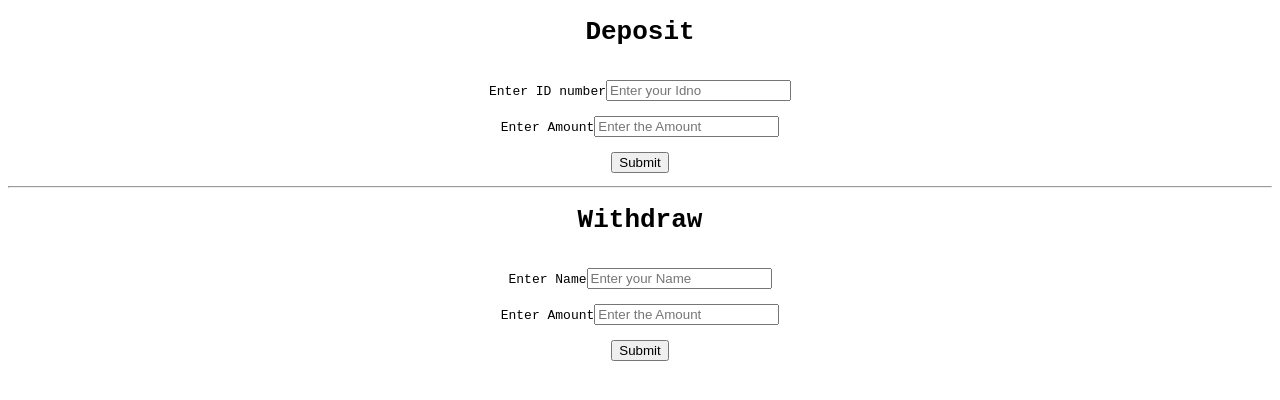
Repository: NarenD12/ProgramsFromTraining
Page: BankApp/WebContent/DepositWithdraw.html
An editor plug-in stored every save of this project. The page is shown before and after the next save, followed by the edit.
The browser window is 1280 px wide. The pictures show the whole page.

Above is the page before, as saved 2023-09-22 16:04:27.

### BankApp/WebContent/DepositWithdraw.html
<!DOCTYPE html>
<html>
<head>
<style>
body {text-align: center;}
</style>
<meta charset="ISO-8859-1">
<title>Insert title here</title>
</head>
<body>
<form action="Deposit" method="post">
<pre>
<h1>Deposit</h1>
Enter ID number<input type="number" name="idno" placeholder="Enter your Idno"><br>
Enter Amount<input type="number" name="amount" placeholder="Enter the Amount"><br>
<input type="submit">
</pre>
</form>
<hr>
<form action="Withdraw" method="post">
<pre>
<h1>Withdraw</h1>
Enter Name<input type="text" name="name" placeholder="Enter your Name"><br>
Enter Amount<input type="number" name="amount" placeholder="Enter the Amount"><br>
<input type="submit">
</pre>
</form>
</body>
</html>

After the next save:
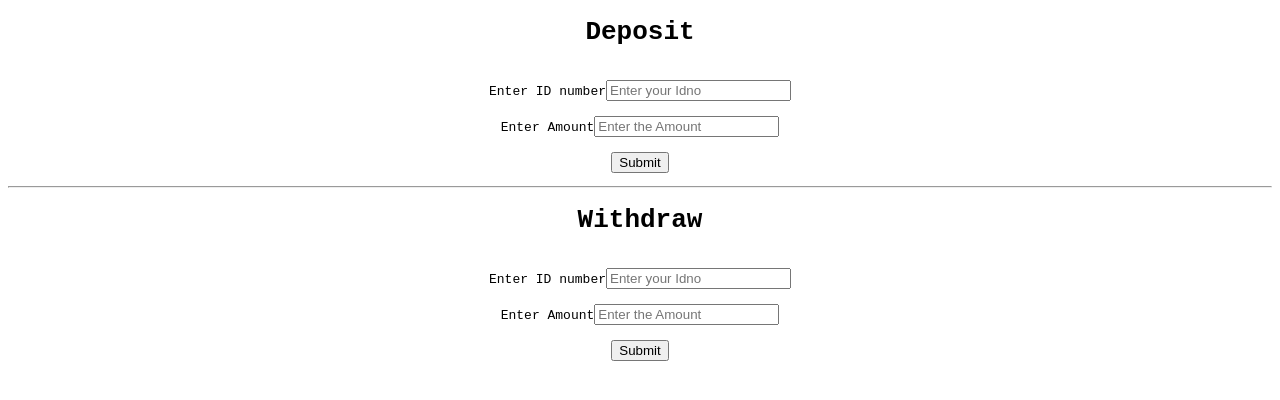
Saved 12 s later.
--- a/BankApp/WebContent/DepositWithdraw.html
+++ b/BankApp/WebContent/DepositWithdraw.html
@@ -20,7 +20,7 @@ Enter Amount<input type="number" name="amount" placeholder="Enter the Amount"><b
 <form action="Withdraw" method="post">
 <pre>
 <h1>Withdraw</h1>
-Enter Name<input type="text" name="name" placeholder="Enter your Name"><br>
+Enter ID number<input type="number" name="idno" placeholder="Enter your Idno"><br>
 Enter Amount<input type="number" name="amount" placeholder="Enter the Amount"><br>
 <input type="submit">
 </pre>
